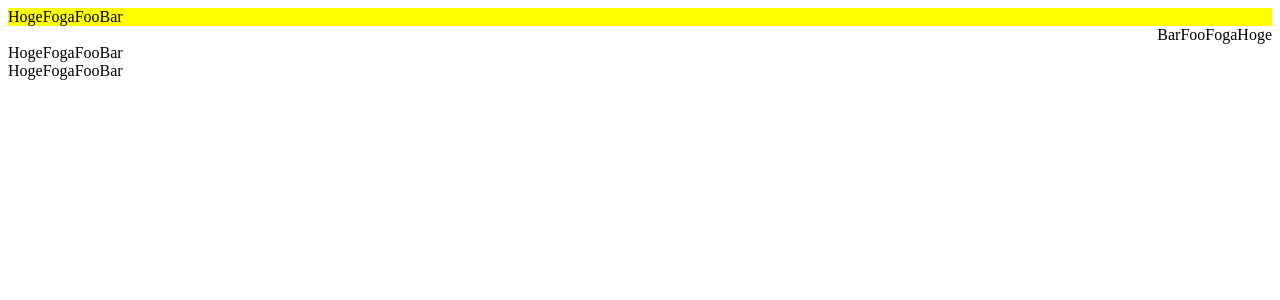
Repository: IkutoHiroki/samurai_HTML_CSS
Page: FlexboxSample1.html
The author's editor kept a record of every edit. The page is drawn from the files as they stood at one moment, then again after the next edit.
The browser window is 1280 px wide. The pictures show the whole page.

Above is the page before.

### FlexboxSample1.html
<!DOCTYPE html>
<html lang="ja">
<head>
    <meta charset="UTF-8">

    <title>Flexbox等の使い方</title>
    <style>
        #sort{
            display:flex;
            flex-direction:row;
            background-color:yellow;
        }

        #reverse{
            display:flex;
            flex-direction:row-reverse;
            background-color:;
        }

        #column{
            display:flex;
            flex-direction:;
            background-color:;
        }

        #column-reverse{
            display:flex;
            flex-direction:;
            background-color:;
        }
    </style>
</head>
<body>
    <div id="sort">
        <div>Hoge</div>
        <div>Foga</div>
        <div>Foo</div>
        <div>Bar</div>
    </div>

    <div id="reverse">
        <div>Hoge</div>
        <div>Foga</div>
        <div>Foo</div>
        <div>Bar</div>
    </div>

    <div id="column">
        <div>Hoge</div>
        <div>Foga</div>
        <div>Foo</div>
        <div>Bar</div>
    </div>

    <div id="column-reverse">
        <div>Hoge</div>
        <div>Foga</div>
        <div>Foo</div>
        <div>Bar</div>
    </div>

</body>
</html>

After the next edit:
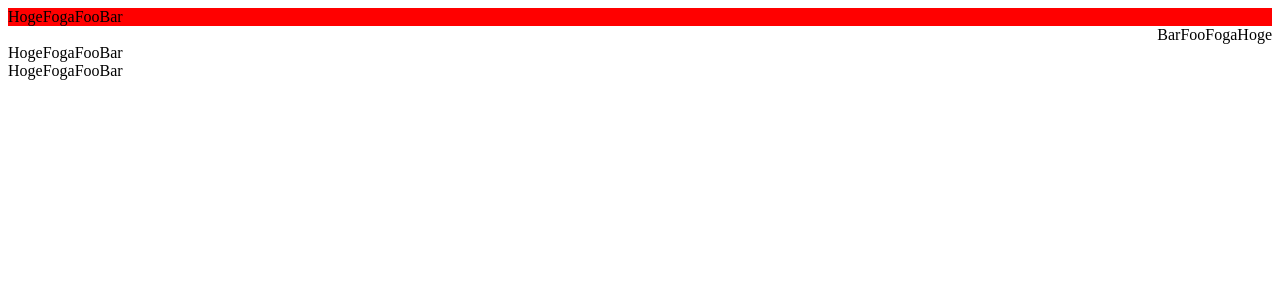
The edit:
--- a/FlexboxSample1.html
+++ b/FlexboxSample1.html
@@ -8,7 +8,7 @@
         #sort{
             display:flex;
             flex-direction:row;
-            background-color:yellow;
+            background-color:red;
         }
 
         #reverse{
